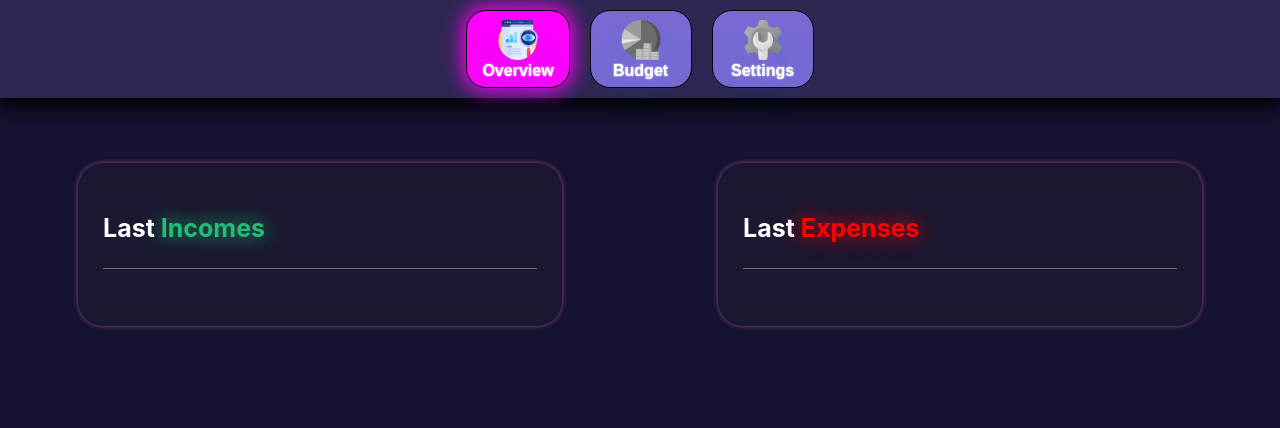
Repository: Minkeani/Money-Manager
Page: /Overview
The author's editor kept a copy of each file at every save. The page is drawn from the files as they stood at one save, then again after the next save.
The browser window is 1280 px wide. The pictures show the whole page.
The project was rebuilt for these pictures with package versions that can differ from the ones it lists, and the page was loaded fresh each time. Also part of the build but not shown: src/components/Budget/Budget.module.css, src/components/Budget/Budget.jsx, src/components/Settings/Settings.jsx, src/components/NotFound/NotFound.module.css, src/components/NotFound/NotFound.jsx.

Above is the page before, as saved 2022-07-14 20:35:37.

After the next save:
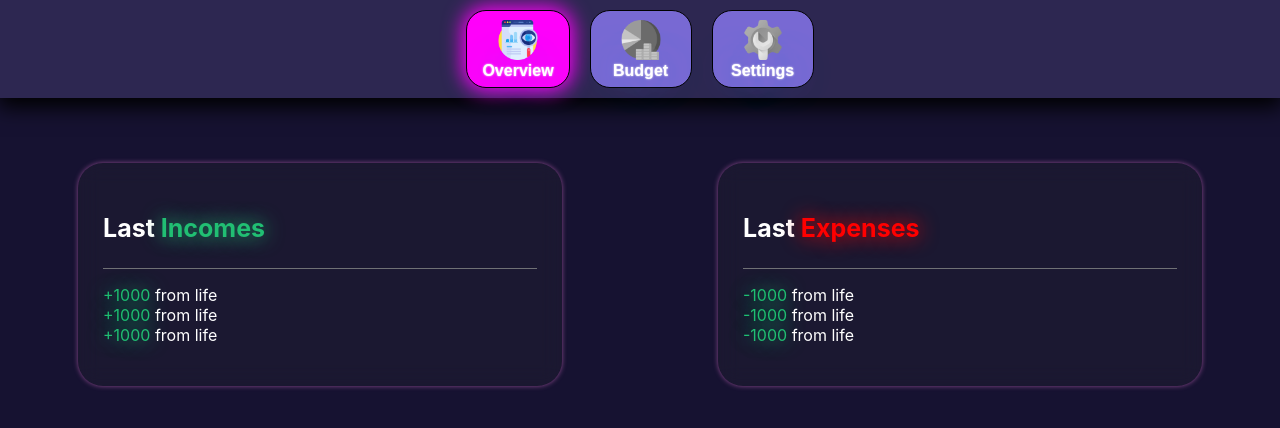
Saved 8 min 10 s later.
--- a/src/components/OverviewBlocks/OverviewBlock.jsx
+++ b/src/components/OverviewBlocks/OverviewBlock.jsx
@@ -4,16 +4,20 @@ import styles from './Overview.module.css'
 const OverviewBlock = () => {
     const [blocks, setBlocks] = useState([
         {type: 'Incomes', sign: '+', classes: 'money', array:  [{money: 1000, category: 'life'}, {money: 1000, category: 'life'}, {money: 1000, category: 'life'}]},
-        {type: 'Expenses', sign: '-', classes: 'Remoney', money: 1000, category: 'life'}
+        {type: 'Expenses', sign: '-', classes: 'Remoney', array:  [{money: 1000, category: 'life'}, {money: 1000, category: 'life'}, {money: 1000, category: 'life'}]}
 ])
 
     return (
         <>
-            {blocks.map(({type, sign, classes, money, category}) => (
+            {blocks.map(({type, sign, classes, array}) => (
                     <div className={styles.container}>
                         <h3 className={styles.title}>Last <span className={classes === 'money' ? styles.money : styles.Remoney}>{type}</span></h3>
                         <div className={styles.dilivar}></div>
                             <ul className={styles.list}>
+                                    {array.map(({money, category}) => (
+                                        <li><span className={styles.money}>{sign}{money}</span> from <span>{category}</span></li>
+
+                                    ))}
                                     {/* <li><span className={styles.money}>{sign}{money}</span> from <span>{category}</span></li> */}
                                     {/* <li><span  className={styles.money}>1000</span> from <span>life</span></li>
                                     <li><span  className={styles.Remoney}>1000</span> from <span>life</span></li>
